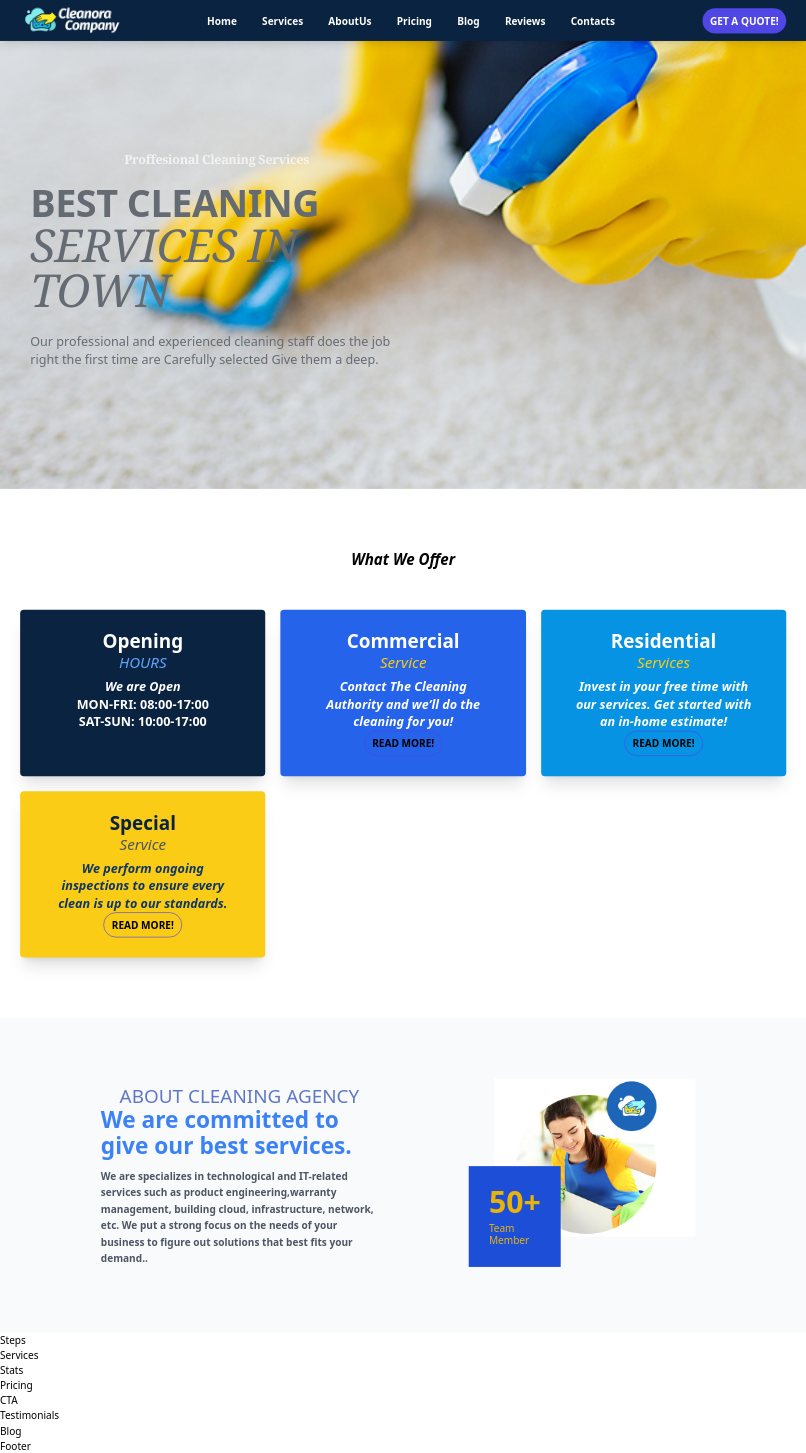
Repository: remydev47/cleonara
Page: /
These files come from the project's save history. The page is drawn as it stood at one moment and after the next save; the edit follows.
The browser window is 1280 px wide. The pictures show the whole page, at 63% of full size.
The project was rebuilt for these pictures with package versions that can differ from the ones it lists, and the page was loaded fresh each time. The framework's server and built-in components were replaced by stand-ins that run in the browser. Also part of the build but not shown: next.config.js.

Above is the page before, as saved 2022-11-01 13:07:46.

After the next save:
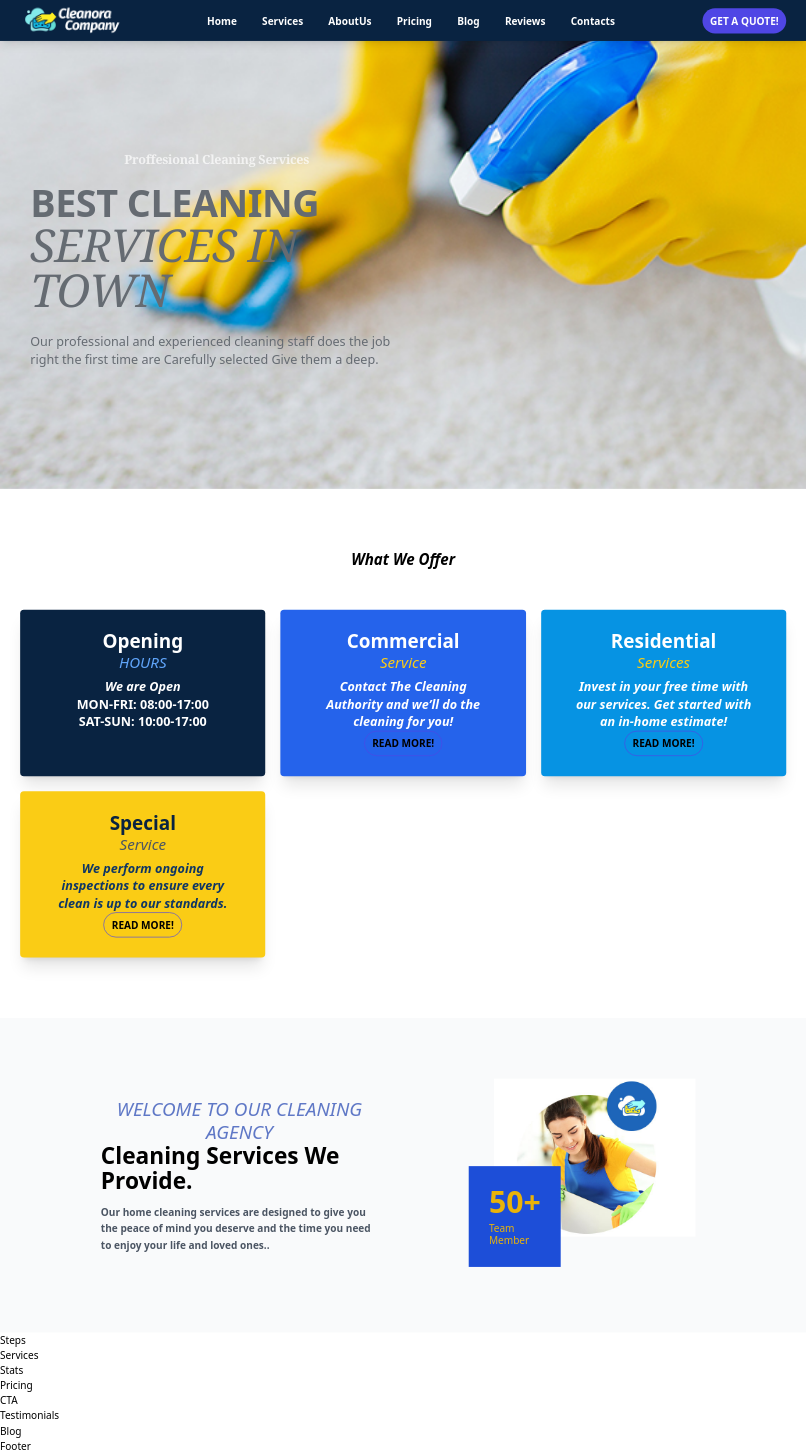
Saved 2 min 22 s later.
--- a/components/AboutUs.tsx
+++ b/components/AboutUs.tsx
@@ -6,10 +6,10 @@ const AboutUs = () => {
     <div className="max-w-5xl px-4 mx-auto sm:px-6 lg:px-8">
         <div className="grid items-center grid-cols-1 gap-y-6 md:grid-cols-2 md:gap-x-20">
             <div className="">
-                <h1 className='text-3xl text-blue-800/70 text-center'>ABOUT CLEANING AGENCY</h1>
-                <h2 className="text-4xl font-bold leading-tight text-blue-500 sm:text-4xl lg:text-4xl">We are committed to give our best services.</h2>
+                <h1 className='text-3xl italic text-blue-800/70 text-center'>WELCOME TO OUR CLEANING AGENCY</h1>
+                <h2 className="text-4xl font-bold leading-tight text-black sm:text-4xl lg:text-4xl">Cleaning Services We Provide.</h2>
                 <p className="mt-4 text-base leading-relaxed text-gray-600 font-semibold">
-                We are specializes in technological and IT-related services such as product engineering,warranty management, building cloud, infrastructure, network, etc. We put a strong focus on the needs of your business to figure out solutions that best fits your demand..
+                 Our home cleaning services are designed to give you the peace of mind you deserve and the time you need to enjoy your life and loved ones..
                 </p>
             </div>
 
